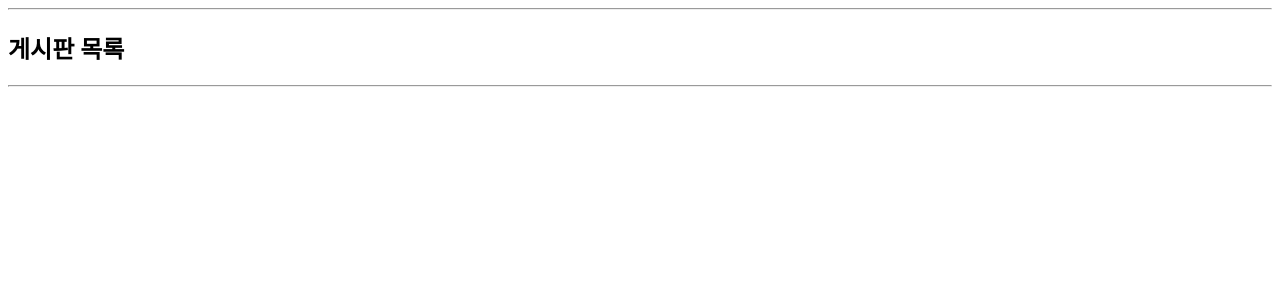
Repository: dhfkdlxm/Lecture-Web
Page: Lecture-Web/WebContent/html/exam/listBoard.html
These files come from the project's save history. The page is drawn as it stood at one moment and after the next save; the edit follows.
The browser window is 1280 px wide. The pictures show the whole page.

Above is the page before, as saved 2021-06-11 01:44:09.

After the next save:
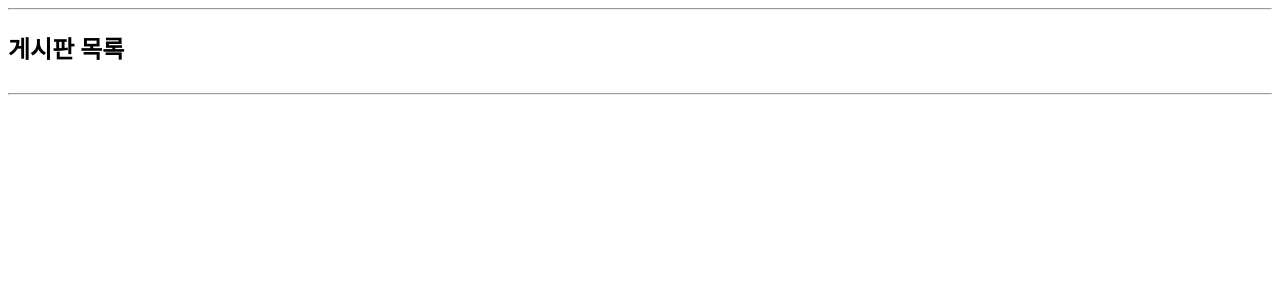
Saved 10 s later.
--- a/Lecture-Web/WebContent/html/exam/listBoard.html
+++ b/Lecture-Web/WebContent/html/exam/listBoard.html
@@ -4,16 +4,19 @@
 <meta charset="UTF-8">
 <title>Insert title here</title>
 <style type="text/css">
-
 </style>
 </head>
 <body>
 	<hr>
-	<div >
+	<div>
 		<h2>게시판 목록</h2>
 	</div>
 	<div>
-		<table
+		<table>
+			<thead>
+			</thead>
+
+		</table>
 
 	</div>
 	<hr>
